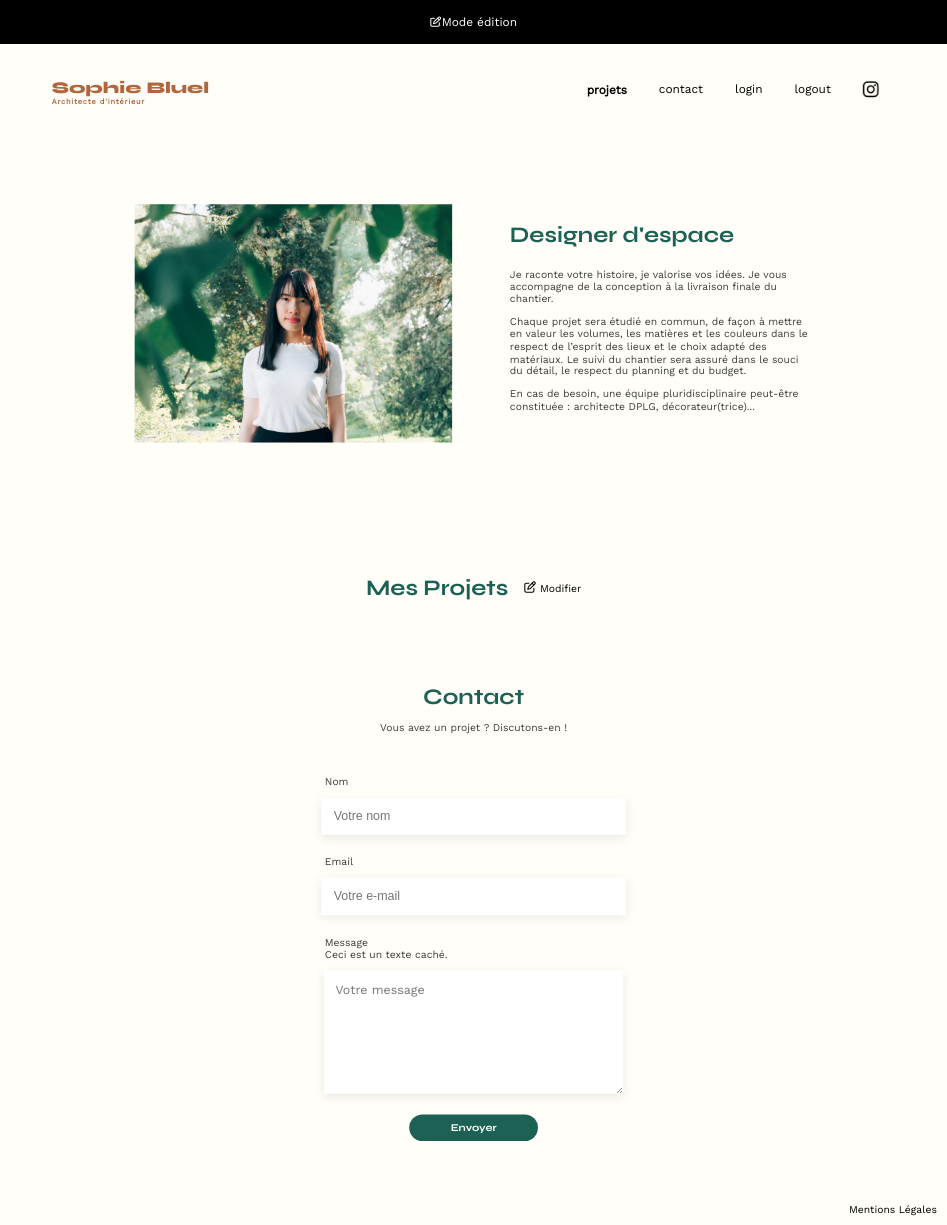
Repository: BlueSoley23/openclassrooms
Page: FrontEnd/index.html
These files come from the project's save history. The page is drawn as it stood at one moment and after the next save; the edit follows.
The browser window is 1280 px wide. The pictures show the whole page, at 74% of full size.
The page's requests for data from a server got no answer.

Above is the page before, as saved 2023-12-21 06:37:50.
Console error: TypeError: categories is not iterable

### FrontEnd/index.html
<!--
	 #################################################################################################
     ############# Page d'accueil du portfolio de l'architecte d'intérieur, Sophie Bluel #############
     ######################    Front-end du site developpé par Antoine Gauer    ######################
     #################################################################################################
	 ###########   Utilisation de classes BEM pour l'organisation et la stylisation des   ############
	 ###########              élements de la page (Block / Element / Modifier)            ############
	 #################################################################################################
	-->



<!-- Définition du type de document et de la langue -->
<!DOCTYPE html>
<html lang="fr">

<head>

	<!-- En-tête de la page -->
	<meta charset="UTF-8">

	<!-- Titre de la page (apparaissant dans l'onglet du navigateur) -->
	<title>Sophie Bluel - Architecte d'intérieur - Portfolio</title>

	<!-- Icône d'onglet par défaut (icône représentant le portrait de l'architecte, Sophie Bluel) -->
	<link rel="icon" href="./assets/icons/browser_icons/portrait_Sophie_Bluel/favicon.ico">

<!--
	Autres icônes disponibles (remplacer la ligne précédente par la ligne qui correspond à l'icône choisie)

	Icône représentant un travail de Sophie Bluel :
		<link rel="icon" href="./assets/icons/browser_icons/work_example_picture/favicon.ico">

	Icône minimaliste de design d'intérieur :
		<link rel="icon" href="./assets/icons/browser_icons/designer_minimalist_logo/favicon.ico">

	Icône moderne de design d'intérieur :
		<link rel="icon" href="./assets/icons/browser_icons/designer_modern_logo/favicon.ico">

	Icône artistique de design d'intérieur :
		<link rel="icon" href="./assets/icons/browser_icons/designer_artistic_logo/favicon.ico">

	Icône représentant le portrait de l'architecte, Sophie Bluel (par défaut):
		<link rel="icon" href="./assets/icons/browser_icons/portrait_Sophie_Bluel/favicon.ico">
-->


	<!-- Balise permettant de définir la largeur de la page en fonction de la largeur de l'écran -->
	<meta name="viewport" content="width=device-width, initial-scale=1.0">

	<!-- Préconnexion aux serveurs Google Fonts -->
	<link rel="preconnect" href="https://fonts.googleapis.com">
	<link rel="preconnect" href="https://fonts.gstatic.com" crossorigin>

	<!-- Import des polices Google Fonts -->
	<link href="https://fonts.googleapis.com/css2?family=Syne:wght@700;800&family=Work+Sans&display=swap"
		rel="stylesheet">

	<!-- Description de la page -->
	<meta name="description" content="Portfolio de l'artiste, Sophie Bluel - Page d'accueil">

	<!-- Import du fichier CSS -->
	<link rel="stylesheet" href="./assets/css/style.css">

	<!-- Import du fichier JavaScript -->
	<script type="module" src="./assets/scripts/gallery.js "></script>

</head>

<body>

	<!-- En-tête de la page -->
	<!-- Block : header -->
	<header class="header">

		<!-- Borderau du mode édition (pour les utilisateurs connctés) -->
		<!-- Element : edit-bar -->
		<div class="edit-bar">
			<img src="/FrontEnd/assets/icons/edit.svg" alt="Icône du mode édition" class="edit-bar__icon"></img>
			<p class="edit-bar__title">Mode édition</p>
		</div>

		<div class="header-block">
			<!-- En-tête de la page contenant un titre et un sous titre-->
			<!-- Elements : title /  subtitle -->
			<a href="./index.html"><h1 class="header__title">Sophie Bluel <span class="header__subtitle">Architecte d'intérieur</span></h1></a>

			<!-- Navigation principale -->
			<!-- Element : nav -->
			<nav class="header__nav">

				<!-- Liste du menu de liens vers les pages d'accueil, de contact, de connexion, et vers le profil Instagram de Sophie Bluel -->
				<!-- Block : nav-list -->
				<ul class="nav-list">

					<!-- Elements : item -->
					<!-- Modifier : active -->
					<li class="nav-list__item nav-list__item--active"><a href="./index.html">projets</a></li>
					<li class="nav-list__item"><a href=#>contact</a></li>
					<li class="nav-list__item nav-list__item--login"><a href="./login.html">login</a></li>
					<li class="nav-list__item nav-list__item--logout"><a href="#">logout</a></li>
					<li class="nav-list__item"><a href="https://instagram.com"><img src="./assets/icons/instagram.png" alt="Instagram" class="nav-list__item--img"></a></li>

				</ul>

			</nav>
		</div>
	</header>

	<!-- Contenu principal de la page -->
	<!-- Block : main -->
	<main class="main">

		<!-- Section d'introduction -->
		<!-- Block : introduction -->
		<section class="introduction">
		<h2 class="hidden-title">Section d'introduction</h2>

			<!-- Image de Sophie Bluel -->
			<!-- Element : figure -->
			<figure class="introduction__figure">
				<img src="./assets/images/sophie-bluel.png" alt="Photo de Sophie Bluel">
			</figure>

			<!-- Article d'introduction -->
			<!-- Element : article -->
			<article class="introduction__article">

				<!-- Titre de l'article -->
				<!-- Element : title -->
				<h2 class="introduction__title">Designer d'espace</h2>

				<!-- Paragraphes de l'article -->
				<!-- Element : paragraph -->
				<p class="introduction__paragraph">Je raconte votre histoire, je valorise vos idées. Je vous accompagne
					de la conception à la livraison finale du chantier.</p>
				<p class="introduction__paragraph">Chaque projet sera étudié en commun, de façon à mettre en valeur les
					volumes, les matières et les couleurs dans le respect de l’esprit des lieux et le choix adapté des
					matériaux. Le suivi du chantier sera assuré dans le souci du détail, le respect du planning et du
					budget.</p>
				<p class="introduction__paragraph">En cas de besoin, une équipe pluridisciplinaire peut-être constituée
					: architecte DPLG, décorateur(trice)...</p>
			</article>
		</section>

		<!-- Section du portfolio -->
		<!-- Block : portfolio -->
		<section class="portfolio">
			<div class="portfolio__title--section">
				<!-- Titre de la section -->
				<!-- Element : title -->
				<h2 class="portfolio__title">Mes Projets</h2>
				<a href= # class="modifier-link__url">
					<div class="modifier-link__content">
						<svg width="17" height="17" viewBox="0 0 17 17" fill="black" xmlns="http://www.w3.org/2000/svg">
						<path id="Vector" d="M14.0229 2.18576L14.3939 2.55679C14.6821 2.84503 14.6821 3.31113 14.3939 3.5963L13.5016 4.49169L12.0879 3.07808L12.9803 2.18576C13.2685 1.89751 13.7346 1.89751 14.0198 2.18576H14.0229ZM6.93332 8.23578L11.0484 4.11759L12.4621 5.53121L8.34387 9.64633C8.25494 9.73525 8.14455 9.79964 8.02496 9.83337L6.23111 10.3455L6.7432 8.55162C6.77693 8.43203 6.84133 8.32164 6.93025 8.23271L6.93332 8.23578ZM11.9408 1.14625L5.89074 7.1932C5.62397 7.45998 5.43078 7.78808 5.32959 8.14685L4.4526 11.2133C4.379 11.4708 4.44953 11.7468 4.63965 11.9369C4.82977 12.127 5.10574 12.1976 5.36332 12.124L8.42973 11.247C8.79156 11.1427 9.11967 10.9495 9.38338 10.6858L15.4334 4.63888C16.2951 3.77722 16.2951 2.37894 15.4334 1.51728L15.0624 1.14625C14.2007 0.284585 12.8024 0.284585 11.9408 1.14625ZM3.19844 2.34214C1.70816 2.34214 0.5 3.55031 0.5 5.04058V13.3812C0.5 14.8715 1.70816 16.0796 3.19844 16.0796H11.5391C13.0293 16.0796 14.2375 14.8715 14.2375 13.3812V9.94683C14.2375 9.539 13.9094 9.21089 13.5016 9.21089C13.0937 9.21089 12.7656 9.539 12.7656 9.94683V13.3812C12.7656 14.0589 12.2167 14.6078 11.5391 14.6078H3.19844C2.52076 14.6078 1.97188 14.0589 1.97188 13.3812V5.04058C1.97188 4.36291 2.52076 3.81402 3.19844 3.81402H6.63281C7.04065 3.81402 7.36875 3.48591 7.36875 3.07808C7.36875 2.67025 7.04065 2.34214 6.63281 2.34214H3.19844Z"
						fill="black"/>
						</svg>
						<p class="modifier-link__content--title">Modifier</p>
					</div>
				</a>
			</div>
			<!-- Navigation des catégories du portfolio -->
			<!-- Element : categories -->
			<nav class="portfolio__categories categories">

				<!-- ###### BOUTONS DE CATÉGORIES AFFICHÉS DYNAMIQUEMENT EN JAVASCRIPT ###### -->

			</nav>

			<!-- Galerie du portfolio -->
			<!-- Element : gallery -->
			<article class="portfolio__gallery gallery">
			<h2 class="hidden-title">Gallerie des travaux de Sophie Bluel</h2>

				<!-- ############## TRAVAUX AFFICHÉS DYNAMIQUEMENT EN JAVASCRIPT ############# -->

			</article>

		</section>

		<!-- Section de contact -->
		<!-- Block : contact -->
		<section class="contact">

			<!-- Titre de la section -->
			<!-- Element : title -->
			<h2 class="contact__title">Contact</h2>

			<!-- Paragraphe d'introduction -->
			<!-- Element : paragraph -->
			<p class="contact__paragraph">Vous avez un projet ? Discutons-en !</p>

			<!-- Formulaire de contact -->
			<!-- Element : form -->
			<form action="#" method="post" class="contact__form">

				<!-- Champs du formulaire -->
                <!-- Labels indiquant l'entrée attendue et champs de formulaire de type "text" pour les identifiants avec un texte
                    par défaut (placeholder) et l'élement autocomplete pour que le navigateur enregistre et suggère les identifants -->
                <!-- Modifiers : label / input-->

				<!-- Nom -->
				<label for="name" class="contact__form--label form__label">Nom</label>
				<input type="text" name="name" id="name" class="contact__form--input" autocomplete="name"
					placeholder="Votre nom">

				<!-- E-mail -->
				<label for="email" class="contact__form--label form__label">Email</label>
				<input type="email" name="email" id="email" class="contact__form--input" autocomplete="email"
					placeholder="Votre e-mail">

				<!-- Message -->
				<label for="message" class="contact__form--label form__label">Message<div>Ceci est un texte caché.</div></label>
				<textarea name="message" id="message" cols="30" rows="10" class="contact__form--textaera"
					placeholder="  Votre message"></textarea>

				<!-- Bouton de soumission du formulaire -->
				<!-- Modifier : submit -->
				<input type="submit" value="Envoyer" class="contact__form--submit">

			</form>

		</section>

	</main>

    <!-- Pied de page -->
    <!-- Block : footer -->
    <footer class="footer">

        <!-- Pied de page -->
        <!-- Element : nav -->
        <nav class="footer__nav">

            <!-- Navigation secondaire -->
            <!-- Element : nav-list -->
            <ul class="footer__nav-list">

                <!-- Lien vers les mentions légales -->
                <!-- Element : nav-item -->
                <li class="footer__nav-item">Mentions Légales</li>

            </ul>

        </nav>

    </footer>

</body>

</html>

Loaded but not shown: FrontEnd/assets/scripts/gallery.js (223 lines, source omitted); FrontEnd/assets/css/style.css (604 lines, source omitted)

After the next save:
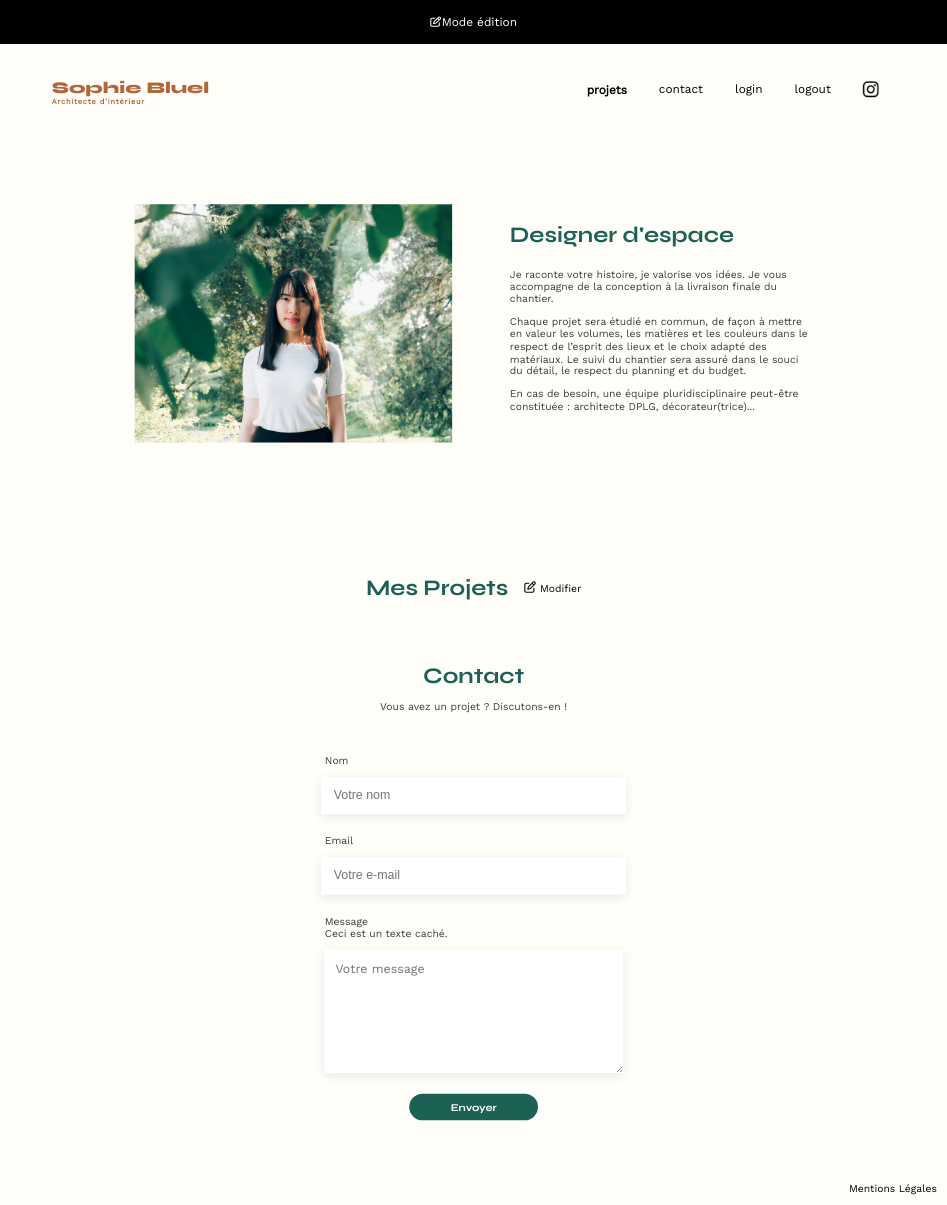
Saved 2 min 24 s later.
--- a/FrontEnd/index.html
+++ b/FrontEnd/index.html
@@ -162,7 +162,7 @@
 			</div>
 			<!-- Navigation des catégories du portfolio -->
 			<!-- Element : categories -->
-			<nav class="portfolio__categories categories">
+			<nav class="portfolio__categories categories hidden">
 
 				<!-- ###### BOUTONS DE CATÉGORIES AFFICHÉS DYNAMIQUEMENT EN JAVASCRIPT ###### -->
 
